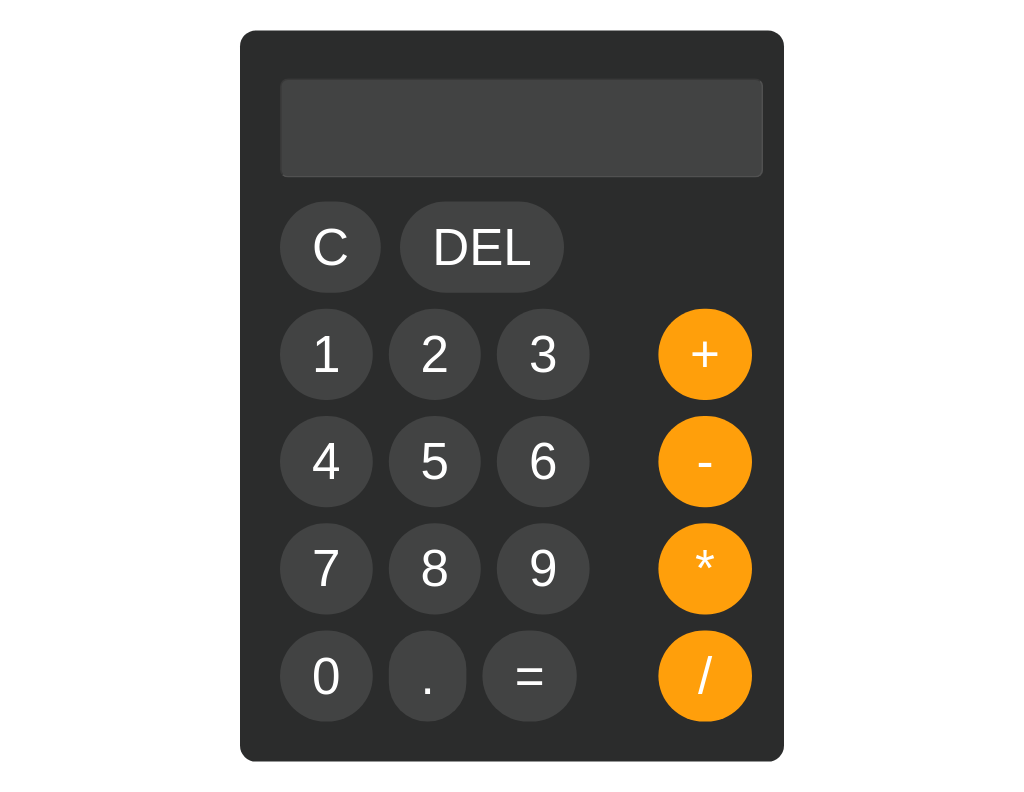
Repository: jaskeat/Calculator
Page: index.html
An editor plug-in stored every save of this project. The page is shown before and after the next save, followed by the edit.
The browser window is 1280 px wide. The pictures show the whole page, at 80% of full size.

Above is the page before, as saved 2024-09-14 14:49:46.

After the next save:
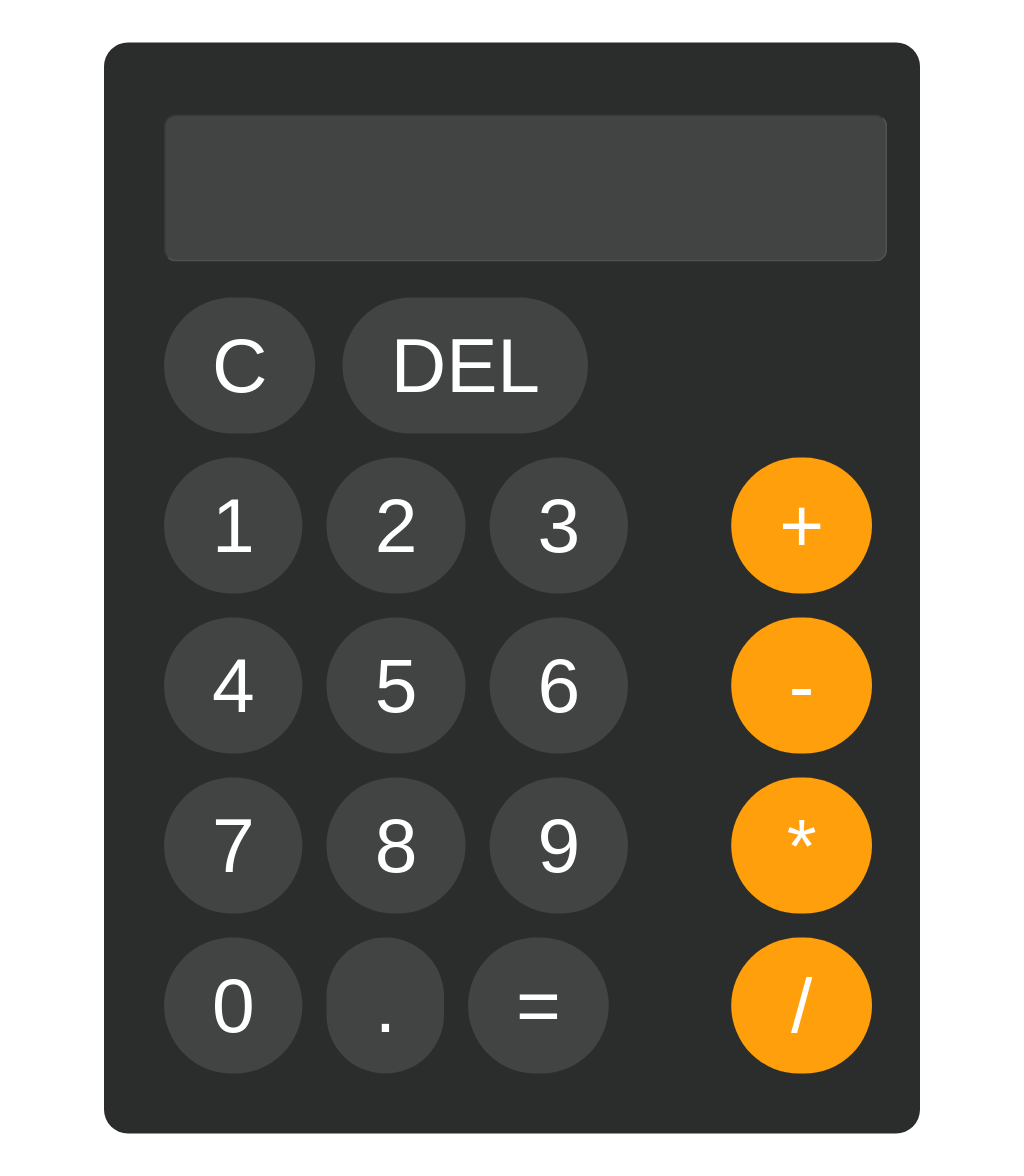
Saved 78 s later.
--- a/style.css
+++ b/style.css
@@ -11,18 +11,18 @@
 }
 
 .calculator {
-	width: 600px;
-	max-width: 1200px;
+	width: 900px; /* Changed from 600px to 900px */
+	max-width: 1800px; /* Changed from 1200px to 1800px */
 	height: auto;
-	margin: 30px;
-	padding: 40px;
+	margin: 45px; /* Changed from 30px to 45px */
+	padding: 60px; /* Changed from 40px to 60px */
 	background-color: var(--primary-color);
-	border-radius: 20px;
+	border-radius: 30px; /* Changed from 20px to 30px */
 }
 
 button {
-	border-radius: 60px;
-	font-size: 2.6rem;
+	border-radius: 90px; /* Changed from 60px to 90px */
+	font-size: 3.9rem; /* Changed from 2.6rem to 3.9rem */
 	background-color: var(--button-color);
 	color: white;
 	border: none;
@@ -34,14 +34,14 @@
 }
 
 input {
-	width: 560px;
-	height: 100px;
-	font-size: 4rem;
+	width: 840px; /* Changed from 560px to 840px */
+	height: 150px; /* Changed from 100px to 150px */
+	font-size: 6rem; /* Changed from 4rem to 6rem */
 	text-align: right;
-	border-radius: 10px;
-	margin: 20px 10px;
+	border-radius: 15px; /* Changed from 10px to 15px */
+	margin: 30px 15px; /* Changed from 20px 10px to 30px 15px */
 	background-color: var(--button-color);
-	padding: 10px 20px;
+	padding: 15px 30px; /* Changed from 10px 20px to 15px 30px */
 	color: white;
 }
 
@@ -54,7 +54,7 @@
 .operators button {
 	width: auto;
 	height: auto;
-	margin: 10px 0;
+	margin: 15px 0; /* Changed from 10px 0 to 15px 0 */
 	background-color: var(--operator-color);
 }
 
@@ -62,20 +62,20 @@
 	display: flex;
 	flex-wrap: wrap;
 	height: auto;
-	width: 500px;
+	width: 750px; /* Changed from 500px to 750px */
 }
 
 .buttons {
 	display: flex;
 	flex-direction: row-reverse;
 	justify-content: space-between;
-	font-size: 4rem;
+	font-size: 6rem; /* Changed from 4rem to 6rem */
 }
 
 .btn {
-	font-size: 4rem;
-	padding: 20px 40px;
-	margin: 10px;
+	font-size: 6rem; /* Changed from 4rem to 6rem */
+	padding: 30px 60px; /* Changed from 20px 40px to 30px 60px */
+	margin: 15px; /* Changed from 10px to 15px */
 }
 
 .btn.highlighted {

After the save that followed:
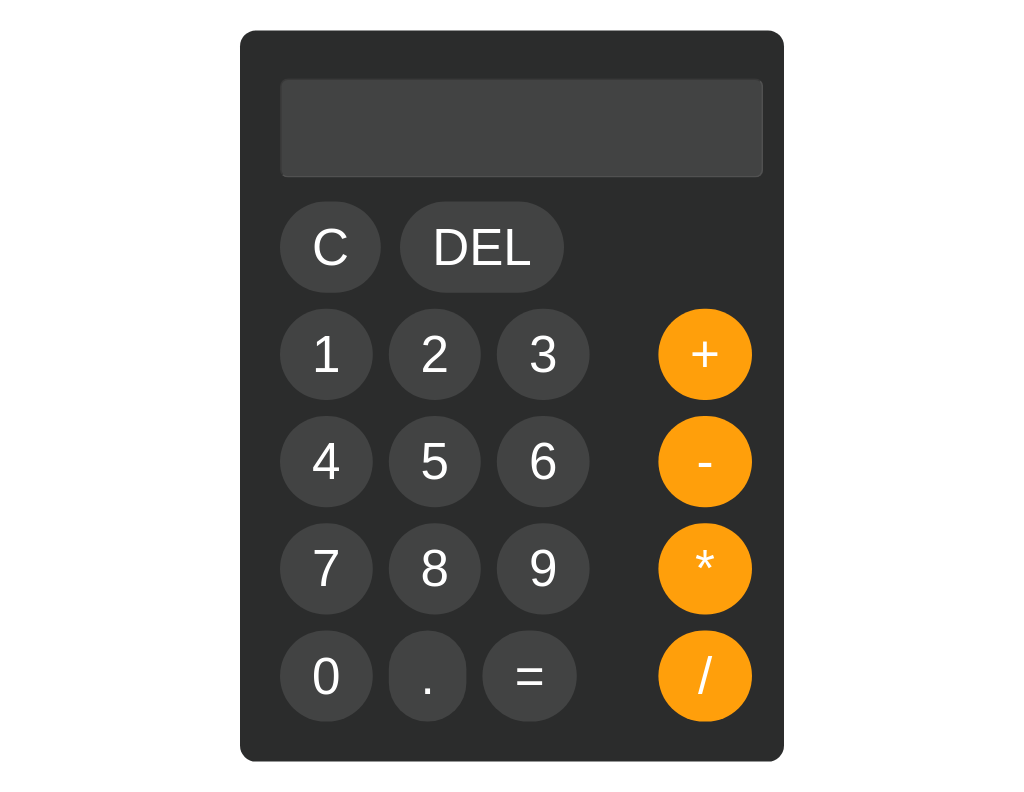
Saved 9 s later.
--- a/style.css
+++ b/style.css
@@ -11,18 +11,18 @@
 }
 
 .calculator {
-	width: 900px; /* Changed from 600px to 900px */
-	max-width: 1800px; /* Changed from 1200px to 1800px */
+	width: 600px;
+	max-width: 1200px;
 	height: auto;
-	margin: 45px; /* Changed from 30px to 45px */
-	padding: 60px; /* Changed from 40px to 60px */
+	margin: 30px;
+	padding: 40px;
 	background-color: var(--primary-color);
-	border-radius: 30px; /* Changed from 20px to 30px */
+	border-radius: 20px;
 }
 
 button {
-	border-radius: 90px; /* Changed from 60px to 90px */
-	font-size: 3.9rem; /* Changed from 2.6rem to 3.9rem */
+	border-radius: 60px;
+	font-size: 2.6rem;
 	background-color: var(--button-color);
 	color: white;
 	border: none;
@@ -34,14 +34,14 @@
 }
 
 input {
-	width: 840px; /* Changed from 560px to 840px */
-	height: 150px; /* Changed from 100px to 150px */
-	font-size: 6rem; /* Changed from 4rem to 6rem */
+	width: 560px;
+	height: 100px;
+	font-size: 4rem;
 	text-align: right;
-	border-radius: 15px; /* Changed from 10px to 15px */
-	margin: 30px 15px; /* Changed from 20px 10px to 30px 15px */
+	border-radius: 10px;
+	margin: 20px 10px;
 	background-color: var(--button-color);
-	padding: 15px 30px; /* Changed from 10px 20px to 15px 30px */
+	padding: 10px 20px;
 	color: white;
 }
 
@@ -54,7 +54,7 @@
 .operators button {
 	width: auto;
 	height: auto;
-	margin: 15px 0; /* Changed from 10px 0 to 15px 0 */
+	margin: 10px 0;
 	background-color: var(--operator-color);
 }
 
@@ -62,20 +62,20 @@
 	display: flex;
 	flex-wrap: wrap;
 	height: auto;
-	width: 750px; /* Changed from 500px to 750px */
+	width: 500px;
 }
 
 .buttons {
 	display: flex;
 	flex-direction: row-reverse;
 	justify-content: space-between;
-	font-size: 6rem; /* Changed from 4rem to 6rem */
+	font-size: 4rem;
 }
 
 .btn {
-	font-size: 6rem; /* Changed from 4rem to 6rem */
-	padding: 30px 60px; /* Changed from 20px 40px to 30px 60px */
-	margin: 15px; /* Changed from 10px to 15px */
+	font-size: 4rem;
+	padding: 20px 40px;
+	margin: 10px;
 }
 
 .btn.highlighted {
